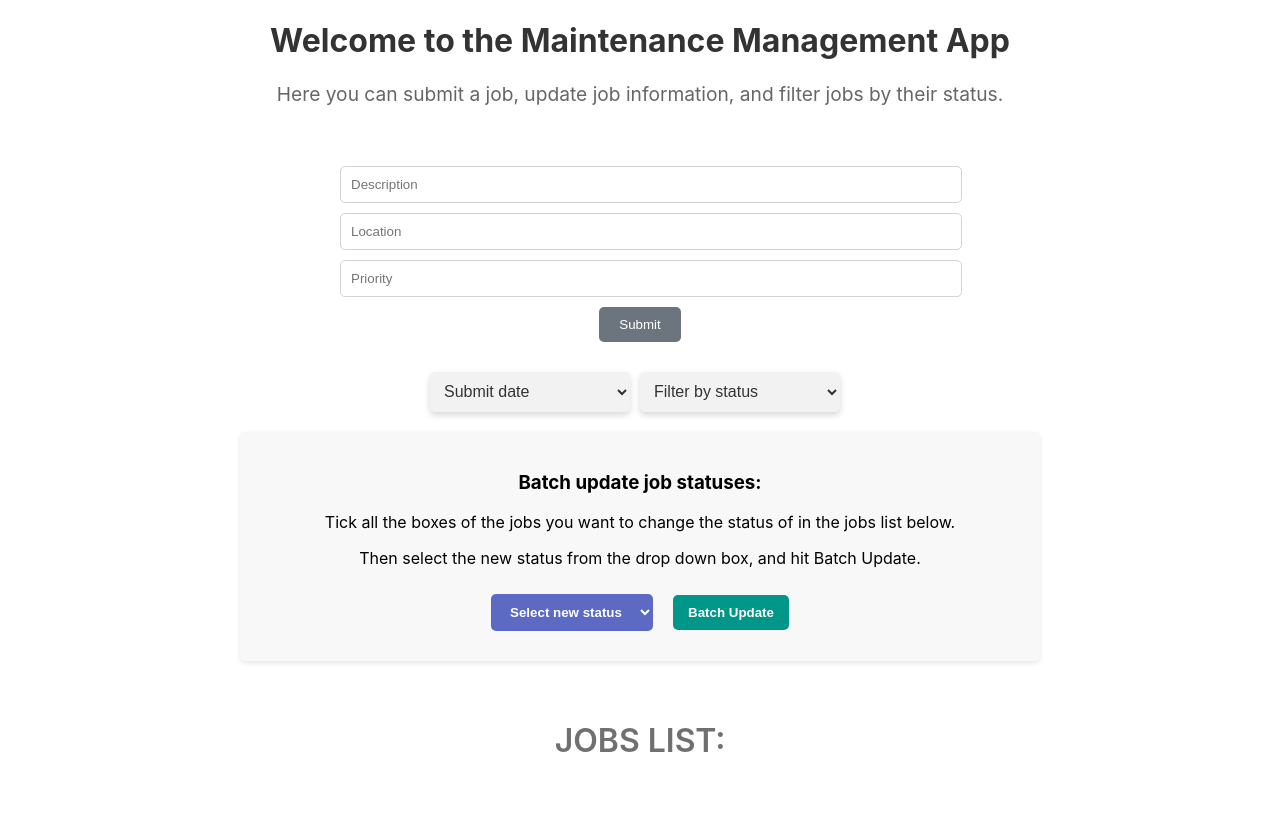
Repository: mikasteyn999/Maintenance-Manager-App
Page: / (app in frontend/)
An editor plug-in stored every save of this project. The page is shown before and after the next save, followed by the edit.
The browser window is 1280 px wide. The pictures show the whole page.
The page's requests for data from a server got no answer. The project was rebuilt for these pictures with package versions that can differ from the ones it lists, and the page was loaded fresh each time. No one was signed in, and anything a server would have sent is missing. Also part of the build but not shown: frontend/src/style/Job.css, frontend/src/components/Job.js, frontend/src/style/JobUpdateForm.css, frontend/src/components/JobUpdateForm.js.

Above is the page before, as saved 2023-06-05 17:00:26.

### frontend/src/App.js
// Import necessary libraries and components
import React from 'react';
import Router from './Router';
import './style/App.css'

// Define the App component
// This component uses the Router component to handle routing
const App = () => {
  return (
    <div className="app">
      <h1 className="app-title">Welcome to the Maintenance Management App</h1> {/* Welcome title */}
      <p className="app-instructions">Here you can submit a job, update job information, and filter jobs by their status.</p> {/* Instructions */}
      <Router /> {/* Use Router component for handling routes */}
    </div>
  );
}

// Export the App component
export default App;

### frontend/src/Router.js
// Import necessary libraries and components
import React from 'react';
import { BrowserRouter as Router, Route, Routes } from 'react-router-dom';
import Home from './components/Home';
import JobForm from './components/JobForm';
import JobsList from './components/JobsList';
import JobUpdateForm from './components/JobUpdateForm'

// Define the Router component
// This component defines the routes for the React app
// The Home component (which contains both the JobForm and JobsList components) is displayed when the path is exactly "/"
// The JobForm component is displayed when the path is "/submit"
// The JobsList component is displayed when the path is "/jobs"
const AppRouter = () => {
    return (
        <Router>
            <Routes>
                <Route path="/" element={<Home />} /> {/* Home route */}
                <Route path="/submit" element={<JobForm />} /> {/* Job submission route */}
                <Route path="/jobs" element={<JobsList />} /> {/* Jobs listing route */}
                <Route path="/edit/:id" element={<JobUpdateForm />} />
            </Routes>
        </Router>
    );
};

// Export the Router component
export default AppRouter;

### frontend/src/style/App.css
/* App.css */

.app {
  text-align: center;
}

.app-title {
  font-size: 2em;
  color: #333;
  text-align: center;
}

.app-instructions {
  font-size: 1.2em;
  color: #666;
  margin-bottom: 20px;
  text-align: center;
}

/* style the form container */
.app .job-form {
  max-width: 600px;  /* limit the width */
  margin: 0 auto;   /* center the form */
  padding: 20px;    /* add some padding */
}

/* style the jobs list container */
.app .jobs-list {
  max-width: 800px;  /* limit the width */
  margin: 0 auto;   /* center the jobs list */
  padding: 20px;    /* add some padding */
}

### frontend/src/components/Home.js
// Import necessary components
import React from 'react';
import JobsList from './JobsList';

// Define the Home component
// This component contains the job submission form and job listings
const Home = () => {
  return (
    <div className="home">
      <JobsList /> {/* Job listings */}
    </div>
  );
}

// Export the Home component
export default Home;

### frontend/src/components/JobForm.js
// Import React
import React, { useState } from 'react';
import '../style/JobForm.css'; // Import the CSS

// Define the JobForm component. This component will contain a form that allows users to submit a new job.
// The component has a local state, job, which is updated every time the user types in one of the form inputs.
// The handleChange function updates the job state.
// The handleSubmit function makes a POST request to the /jobs route to submit the new job.
const JobForm = (props) => {
  const [job, setJob] = useState({ description: '', location: '', priority: '' });

  // Adding new state variable for error message.
  const [error, setError] = useState('');

  const handleChange = (e) => {
    setJob({ ...job, [e.target.name]: e.target.value });
  };

  const handleSubmit = async (e) => {
    e.preventDefault();

    // Adding form validation. Check that all fields are filled and priority is a number.
    if (!job.description || !job.location || !job.priority) {
      setError('Please fill in all fields'); // Set error message
      return; // Stop the function
    }
    if (isNaN(job.priority)) {
      setError('Priority must be a number'); // Set error message
      return; // Stop the function
    }

    try {
      const response = await fetch('http://localhost:5000/api/jobs', {
        method: 'POST',
        headers: {
          'Content-Type': 'application/json',
        },
        body: JSON.stringify(job),
      });
      if (!response.ok) {
        throw new Error(`HTTP error! status: ${response.status}`);
      }
      const newJob = await response.json();
      console.log("New Job:", newJob);  // log new job
      props.addNewJob(newJob); // add the new job to the jobs list
      setError(''); // Clear the error message if the job was successfully added
    } catch (err) {
      setError('An error occurred when submitting the job'); // Set error message
    }
  };

  // In the return statement, a new paragraph is added to display any error messages
  return (
    <form className="job-form" onSubmit={handleSubmit}>
      {error && <p className="error">{error}</p>} {/* Display error message if there is one */}
      <input type="text" name="description" value={job.description} onChange={handleChange} placeholder="Description" />
      <input type="text" name="location" value={job.location} onChange={handleChange} placeholder="Location" />
      <input type="text" name="priority" value={job.priority} onChange={handleChange} placeholder="Priority" />
      <button type="submit">Submit</button>
    </form>
  );
};

export default JobForm;

### frontend/src/components/JobsList.js
// Import necessary modules
import React, { useEffect, useState } from 'react';
import Job from './Job';
import JobForm from './JobForm';
import '../style/JobsList.css';

// Define the JobsList component
const JobsList = () => {
  // Initialize state variables
  const [jobs, setJobs] = useState([]);
  const [sortOrder, setSortOrder] = useState("date"); // Default sort order is by date
  const [selectedJobs, setSelectedJobs] = useState([]);
  const [filterStatus, setFilterStatus] = useState("");

  // Fetch jobs function
  const fetchJobs = async () => {
    let url = `http://localhost:5000/api/jobs?sort=${sortOrder}`;
    if (filterStatus) url += `&status=${filterStatus}`; // Add status query parameter if a status filter is selected
    const response = await fetch(url);
    const data = await response.json();
    setJobs(data.filter(job => job.status !== 'Archived')); // Filter out archived jobs
  };

  // Fetch jobs when the component is first rendered and when sortOrder or filterStatus changes
  useEffect(() => {
    fetchJobs();
  }, [sortOrder, filterStatus]);

  // Update sort order
  const handleSortChange = (event) => {
    setSortOrder(event.target.value);
  };

    // Batch update function
    const handleBatchUpdate = async () => {
      const status = document.getElementById('batchStatusUpdate').value;
      if (!status) {
        console.error('No status selected for batch update');
        return;
      }
      if (selectedJobs.length === 0) {
        console.error('No jobs selected for batch update');
        return;
      }
      try {
        const response = await fetch('http://localhost:5000/api/jobs/batch', {
            method: 'PUT',
            headers: {
                'Content-Type': 'application/json',
            },
            body: JSON.stringify({ jobIds: selectedJobs, status }),
        });

        if (response.ok) {
          console.log('Batch update successful');
          setSelectedJobs([]); // Clear selected jobs after successful update
          // Here, fetch the jobs again
          fetchJobs();
        } else {
          console.error('Failed to batch update jobs');
        }
      } catch (error) {
        console.error(`An error occurred: ${error}`);
      }
    };

    // Function to handle archive
    const handleArchive = async (jobId) => {
      try {
        const response = await fetch(`http://localhost:5000/api/jobs/archive/${jobId}`, {
          method: 'PUT',
        });

        if (!response.ok) {
          console.error('Failed to archive job');
        } else {
          setJobs(jobs.filter(job => job._id !== jobId)); // Remove the archived job from the local state
        }
      } catch (error) {
        console.error(`An error occurred: ${error}`);
      }
    };

    // Pass handleArchive as a prop to the Job component
    {jobs.map((job) => (
      <Job key={job._id} job={job} handleArchive={handleArchive} selectedJobs={selectedJobs} setSelectedJobs={setSelectedJobs} />
    ))}

    const addNewJob = (newJob) => {
      console.log("addNewJob called with:", newJob);  // log input to addNewJob
      setJobs([newJob, ...jobs]);
    };


    return (
      <div className='jobs-list'>

        {/* Add JobForm here */}
        <JobForm addNewJob={addNewJob} />

        {/* Add sort order dropdown */}
        <select className='select-sort' value={sortOrder} onChange={handleSortChange}>
          <option value="">Sort by</option>
          <option value="date">Submit date</option>
          <option value="status">Status</option>
        </select>

        {/* Add status filter dropdown */}
        <select className='select-filter' value={filterStatus} onChange={(e) => setFilterStatus(e.target.value)}>
          <option value="">Filter by status</option>
          <option value="Submitted">Submitted</option>
          <option value="In Progress">In Progress</option>
          <option value="Completed">Completed</option>
        </select>

        {/* Batch update */}
        <div className='batch-update'>
          <h3>Batch update job statuses:</h3>
          <p>Tick all the boxes of the jobs you want to change the status of in the jobs list below.</p>
          <p>Then select the new status from the drop down box, and hit Batch Update.</p>
          <select id="batchStatusUpdate" name="batchStatusUpdate">
            <option value="">Select new status</option>
            <option value="Submitted">Submitted</option>
            <option value="In Progress">In Progress</option>
            <option value="Completed">Completed</option>
          </select>
          <button onClick={handleBatchUpdate}>Batch Update</button>
        </div>

        <div className='jobs-header'>JOBS LIST:</div>

        {/* List the jobs */}
        {jobs.map((job) => (
          <Job key={job._id} job={job} handleArchive={handleArchive} selectedJobs={selectedJobs} setSelectedJobs={setSelectedJobs} />
        ))}
      </div>
    );
};

export default JobsList;

### frontend/src/style/JobForm.css
.job-form {
    margin-bottom: 20px;
}

.job-form input {
    display: block;
    width: 100%;
    padding: 10px;
    margin-bottom: 10px;
    border: 1px solid #ced4da;
    border-radius: 5px;
}

.job-form button {
    padding: 10px 20px;
    border: none;
    border-radius: 5px;
    background-color: #6c757d;
    color: #fff;
    cursor: pointer;
}

### frontend/src/style/JobsList.css
.jobs-list {
    max-width: 200px;
    margin: 0 auto;
    padding: 20px;
}

.jobs-header {
    font-size: xx-large;
    padding: 5%;
    font-weight: 600;
    color: rgb(112, 112, 112);
}

/* Style the select element */
.select-sort {
    width: 200px;
    height: 40px;
    border: none;
    border-radius: 5px;
    padding: 5px 10px;
    margin-bottom: 20px;
    box-shadow: 0 3px 6px 0 rgba(0,0,0,0.16);
    font-size: 16px;
    color: #333;
    background-color: #f2f2f2;
    transition: background-color 0.3s ease;
}

/* Style the options inside the select element */
.select-sort option {
    color: #333;
    background-color: #f2f2f2;
}

/* Change the background color of the select when it's focused */
.select-sort:focus {
    background-color: #e6e6e6;
}

.batch-update {
    align-items: center;
    justify-content: space-between;
    padding: 20px;
    margin-bottom: 20px;
    background-color: #f8f8f8;
    border-radius: 5px;
    box-shadow: 0 2px 5px rgba(0,0,0,0.1);
}

.batch-update select,
.batch-update button {
    padding: 10px 15px;
    border: none;
    border-radius: 5px;
    background-color: #5c6ac4;
    color: white;
    font-weight: bold;
    cursor: pointer;
    margin: 10px;
}


.batch-update button {
    background-color: #009688;
}

.batch-update button:hover {
    background-color: #00796b;
}

/* Style the select element */
.select-filter {
    width: 200px;
    height: 40px;
    border: none;
    border-radius: 5px;
    padding: 5px 10px;
    margin-bottom: 20px;
    box-shadow: 0 3px 6px 0 rgba(0,0,0,0.16);
    font-size: 16px;
    color: #333;
    background-color: #f2f2f2;
    transition: background-color 0.3s ease;
    margin: 10px;
}

/* Style the options inside the select element */
.select-filter option {
    color: #333;
    background-color: #f2f2f2;
}

Loaded but not shown: frontend/public/index.html (common file); frontend/src/index.js (common file); frontend/src/index.css (common file); frontend/src/reportWebVitals.js (common file)

After the next save:
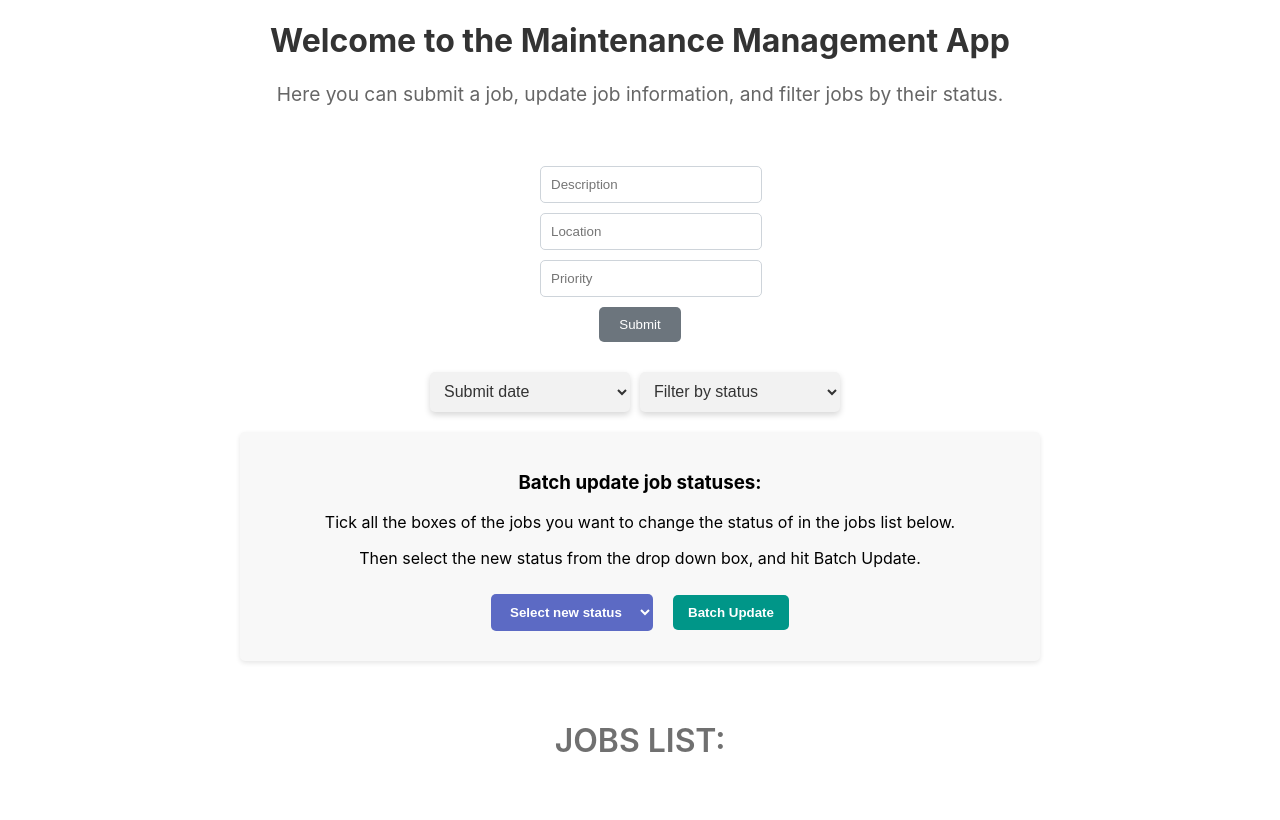
Saved 3 min 1 s later.
--- a/frontend/src/style/App.css
+++ b/frontend/src/style/App.css
@@ -19,7 +19,7 @@
 
 /* style the form container */
 .app .job-form {
-  max-width: 600px;  /* limit the width */
+  max-width: 200px;  /* limit the width */
   margin: 0 auto;   /* center the form */
   padding: 20px;    /* add some padding */
 }

After the save that followed:
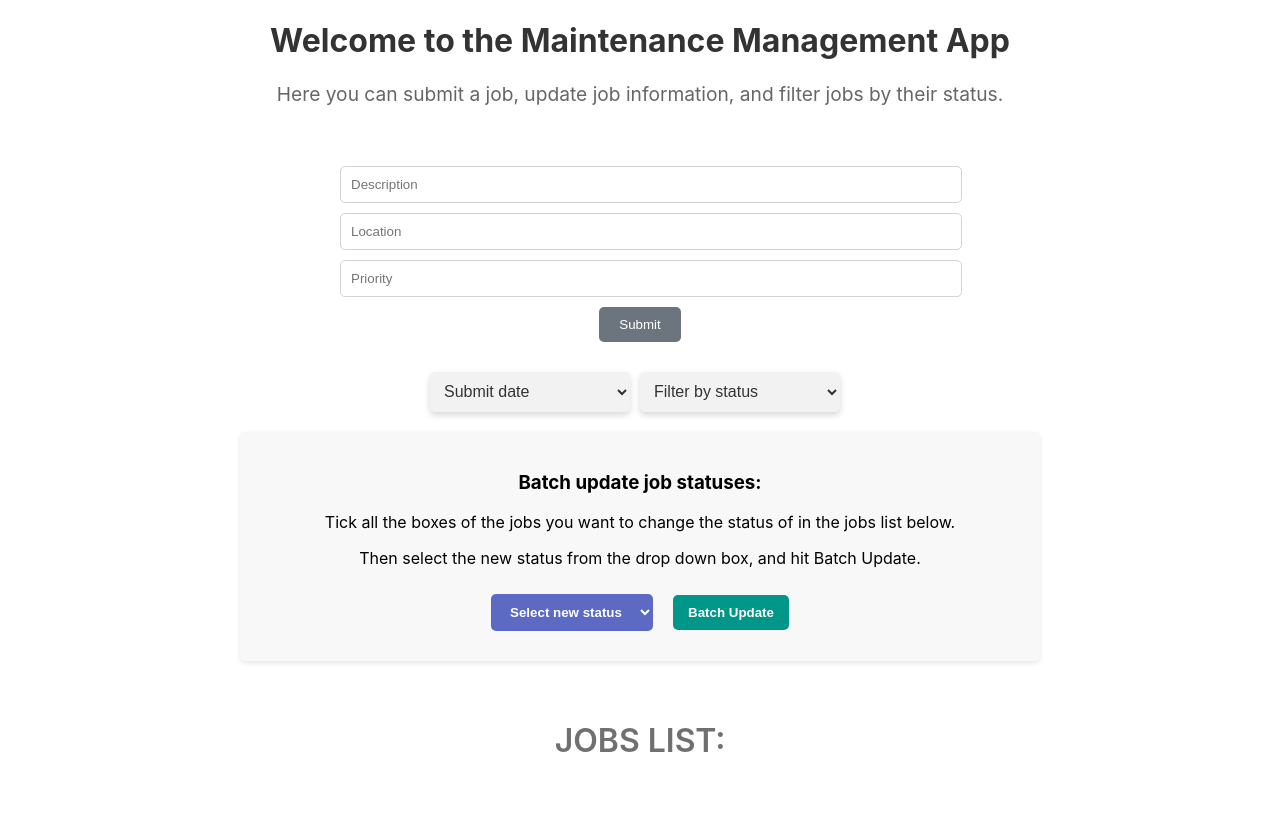
Saved 6 s later.
--- a/frontend/src/style/App.css
+++ b/frontend/src/style/App.css
@@ -19,7 +19,7 @@
 
 /* style the form container */
 .app .job-form {
-  max-width: 200px;  /* limit the width */
+  max-width: 600px;  /* limit the width */
   margin: 0 auto;   /* center the form */
   padding: 20px;    /* add some padding */
 }
